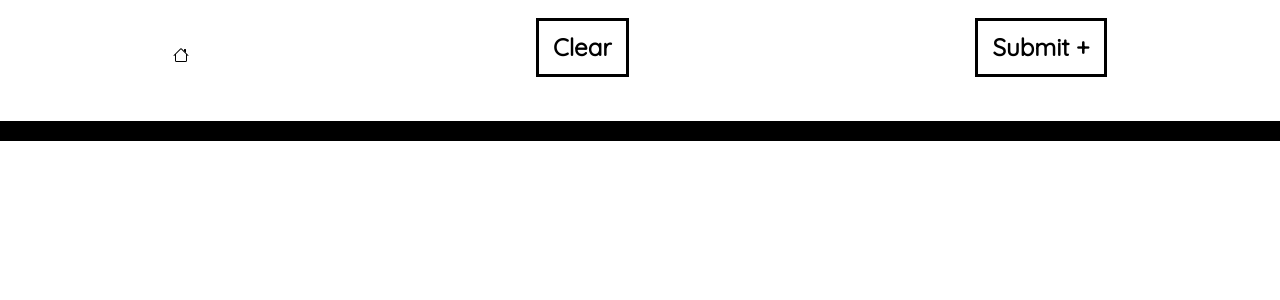
Repository: rickypcyt/WebMural
Page: /
An editor plug-in stored every save of this project. The page is shown before and after a run of saves, followed by the edit.
The browser window is 1280 px wide. The pictures show the whole page.
The project was rebuilt for these pictures with package versions that can differ from the ones it lists, and the page was loaded fresh each time.

Above is the page before, as saved 2022-09-12 13:27:17.

After the next 2 saves:
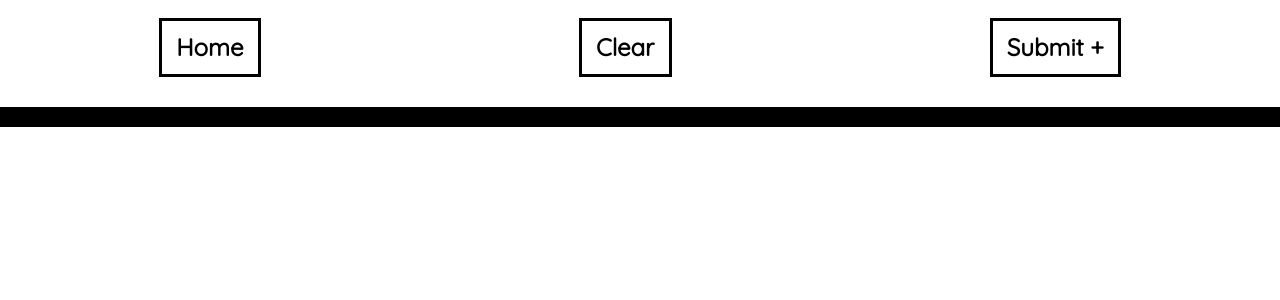
The 2 saves are shown as one change because they came seconds apart.
The last was saved 18 s later.
--- a/src/Pages/WebMural.js
+++ b/src/Pages/WebMural.js
@@ -30,25 +30,9 @@ const UploadAndDisplayImage = () => {
     <main>
       <nav className="cabeceranavi">
         <ol>
-          <h1 CustomLink to="/" className="">
-            <svg
-              xmlns="http://www.w3.org/2000/svg"
-              width="16"
-              height="16"
-              fill="currentColor"
-              class="casita"
-              viewBox="0 0 16 16"
-            >
-              <path
-                fill-rule="evenodd"
-                d="M2 13.5V7h1v6.5a.5.5 0 0 0 .5.5h9a.5.5 0 0 0 .5-.5V7h1v6.5a1.5 1.5 0 0 1-1.5 1.5h-9A1.5 1.5 0 0 1 2 13.5zm11-11V6l-2-2V2.5a.5.5 0 0 1 .5-.5h1a.5.5 0 0 1 .5.5z"
-              />
-              <path
-                fill-rule="evenodd"
-                d="M7.293 1.5a1 1 0 0 1 1.414 0l6.647 6.646a.5.5 0 0 1-.708.708L8 2.207 1.354 8.854a.5.5 0 1 1-.708-.708L7.293 1.5z"
-              />
-            </svg>
-          </h1>
+          <div CustomLink to="/" className="oli">
+            Home
+          </div>
           <nav className="oli" onClick={() => handleImageChange(null)}>
             Clear
           </nav>
